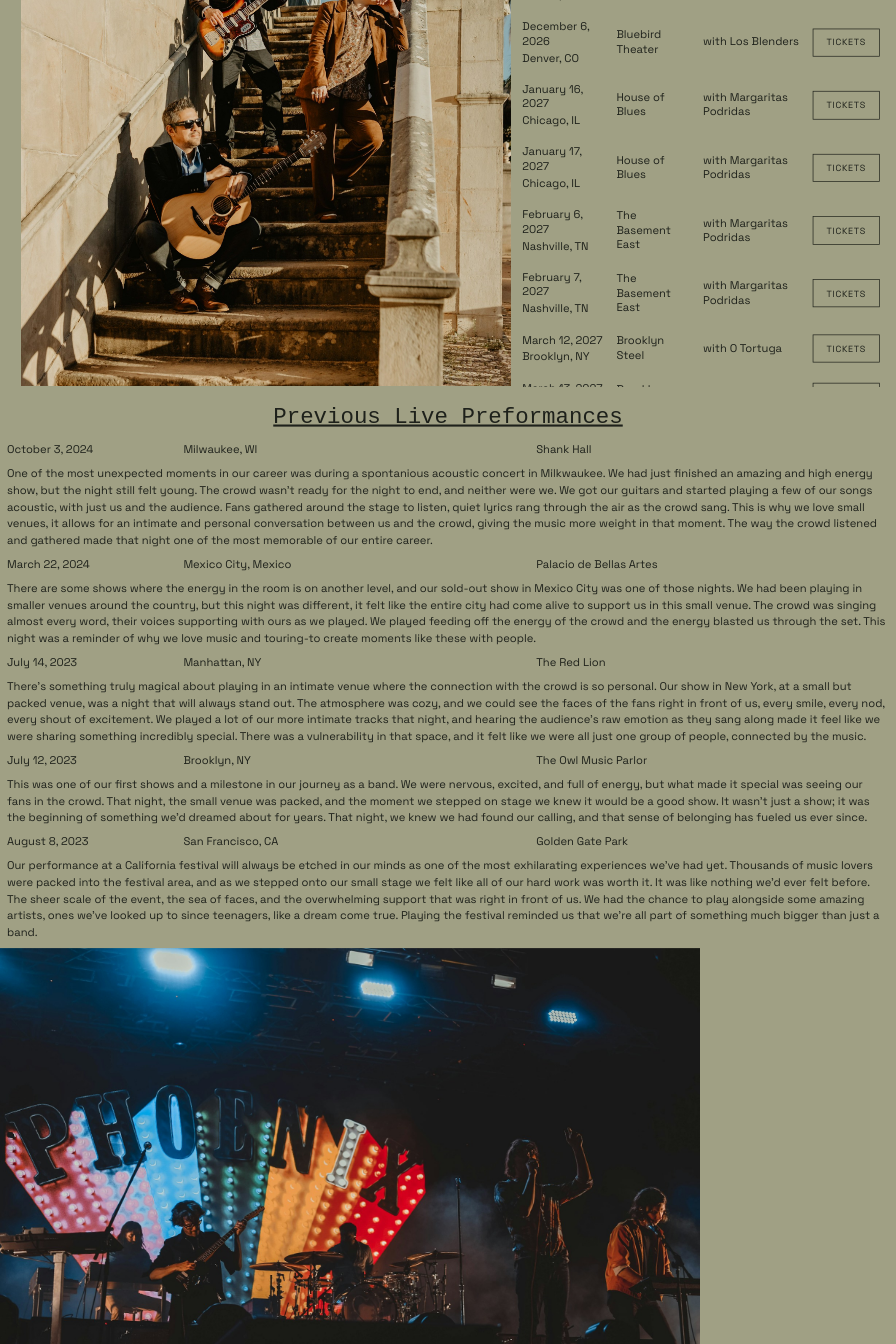
Repository: lime929/voices-del-viento
Page: /tour
The author's editor kept a copy of each file at every save. The page is drawn from the files as they stood at one save, then again after the next save.
The browser window is 1280 px wide. The pictures show the part of the page from y = 438 to 2358 px (the page is 9861 px tall), at 70% of full size.
An inner scrolling area shows only its first screen. The project was rebuilt for these pictures with package versions that can differ from the ones it lists, and the page was loaded fresh each time. The framework's server and built-in components were replaced by stand-ins that run in the browser. Also part of the build but not shown: next.config.mjs.

Above is the page before, as saved 2026-09-14 16:40:13.

After the next save:
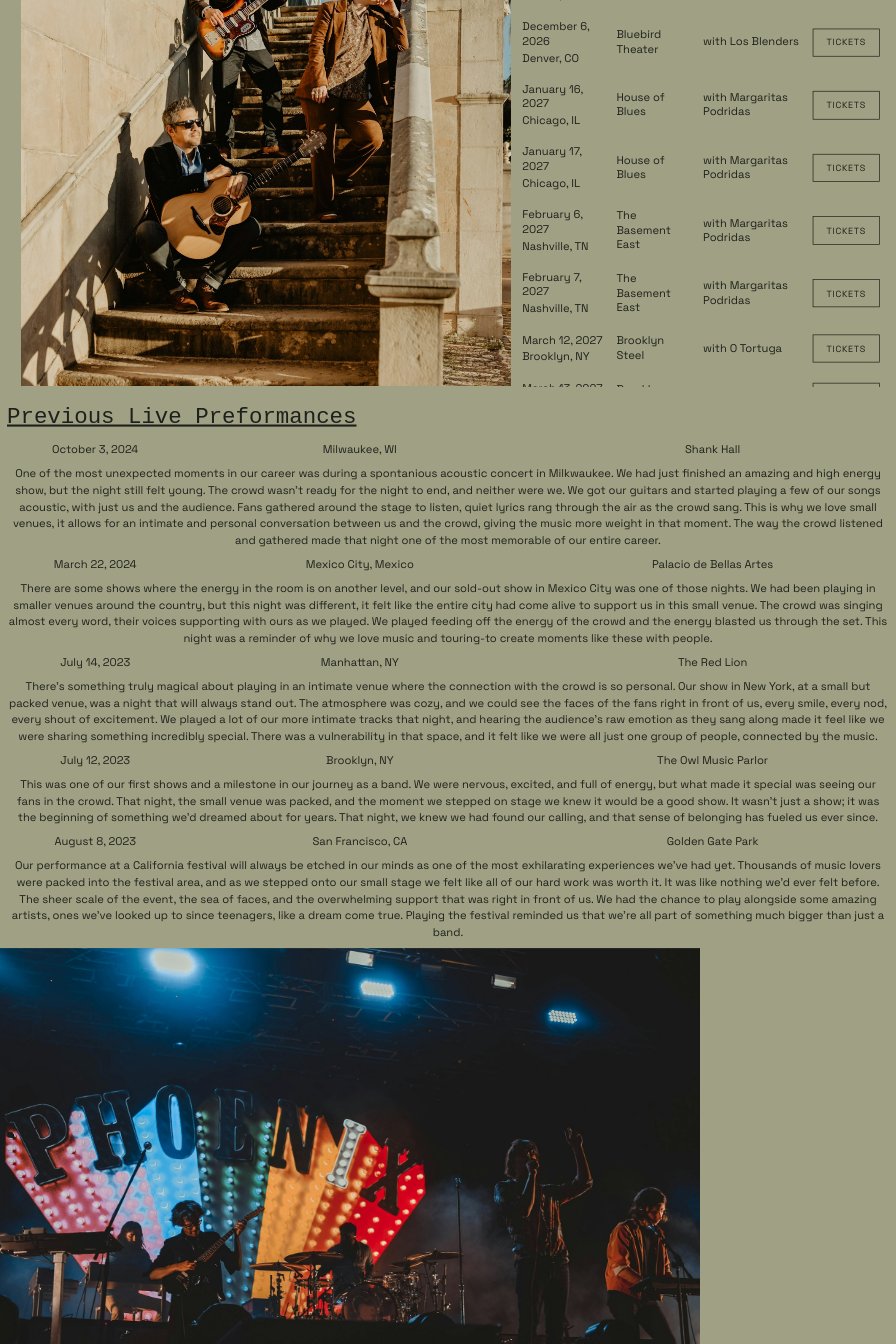
Saved 20 s later.
--- a/app/tour/page.module.css
+++ b/app/tour/page.module.css
@@ -131,13 +131,13 @@
   /* border-bottom: 3px solid var(--second); */
 }
 .pastTourTitle {
- text-align: center;
  font-family: var(--font-mono);
  margin-top: 20px;
  font-size: 2rem;
  text-decoration: underline;
 }
 .pastTour {
+ text-align: center;
 
 }
 

After the save that followed:
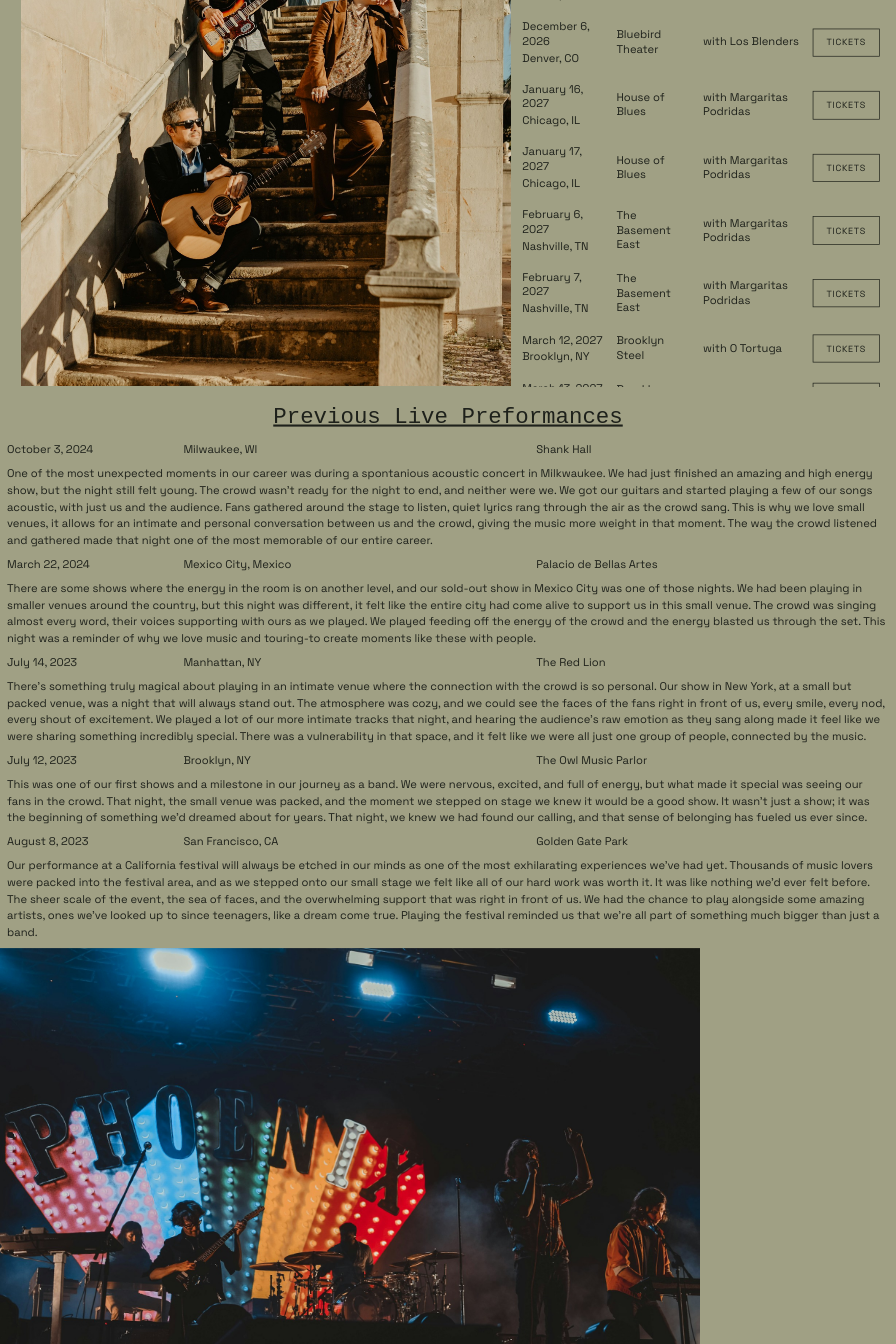
Saved 8 s later.
--- a/app/tour/page.module.css
+++ b/app/tour/page.module.css
@@ -135,9 +135,10 @@
  margin-top: 20px;
  font-size: 2rem;
  text-decoration: underline;
+  text-align: center;
+
 }
 .pastTour {
- text-align: center;
 
 }
 
